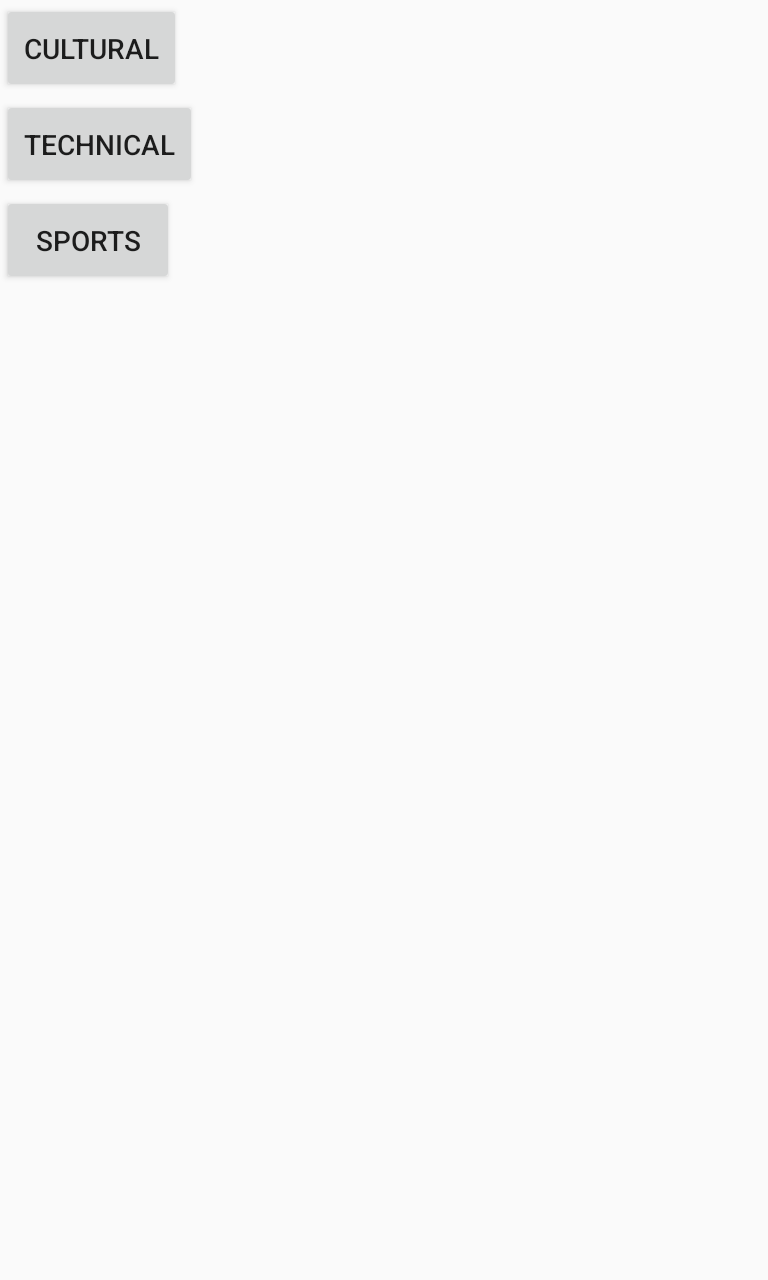
Repository: Attaphon1996/Engineering-Stuff
Layout: OSource/Android Play/Android_Projects/YASH15.0/res/layout/day2.xml
The author's editor kept a copy of each file at every save. The layout is drawn from the files as they stood at one save, then again after the next save.
It is drawn on a 768 x 1280 px phone screen (xhdpi) without system bars, with theme AppTheme; the app's code is not run.

Above is the layout before, as saved 2015-02-07 16:43:56.

After the next save:
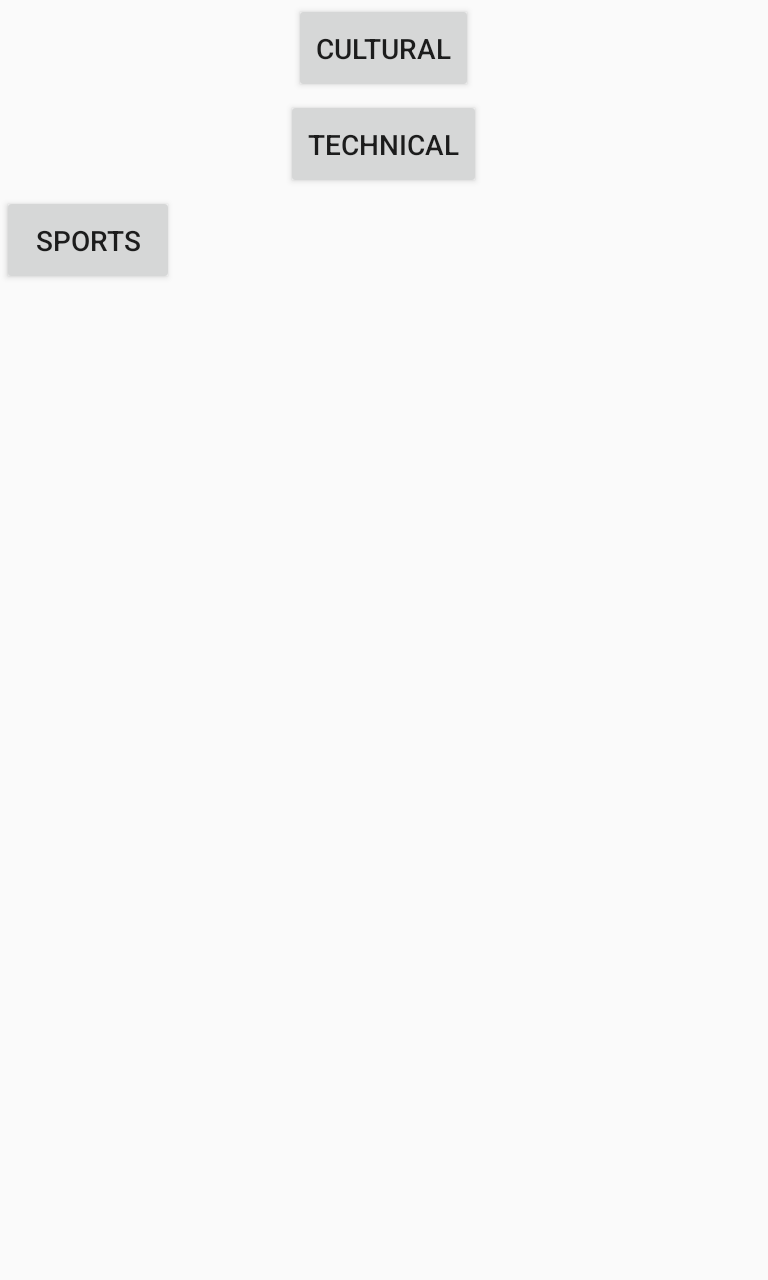
Saved 33 s later.
--- a/OSource/Android Play/Android_Projects/YASH15.0/res/layout/day2.xml
+++ b/OSource/Android Play/Android_Projects/YASH15.0/res/layout/day2.xml
@@ -8,13 +8,15 @@
         android:id="@+id/day2_cultural"
         android:layout_width="wrap_content"
         android:layout_height="wrap_content"
-        android:text="@string/cultural" />
+        android:text="@string/cultural"
+        android:layout_gravity="center" />
 
     <Button
         android:id="@+id/day2_technical"
         android:layout_width="wrap_content"
         android:layout_height="wrap_content"
-        android:text="@string/technical" />
+        android:text="@string/technical"
+        android:layout_gravity="center" />
 
     <Button
         android:id="@+id/day2_sports"
